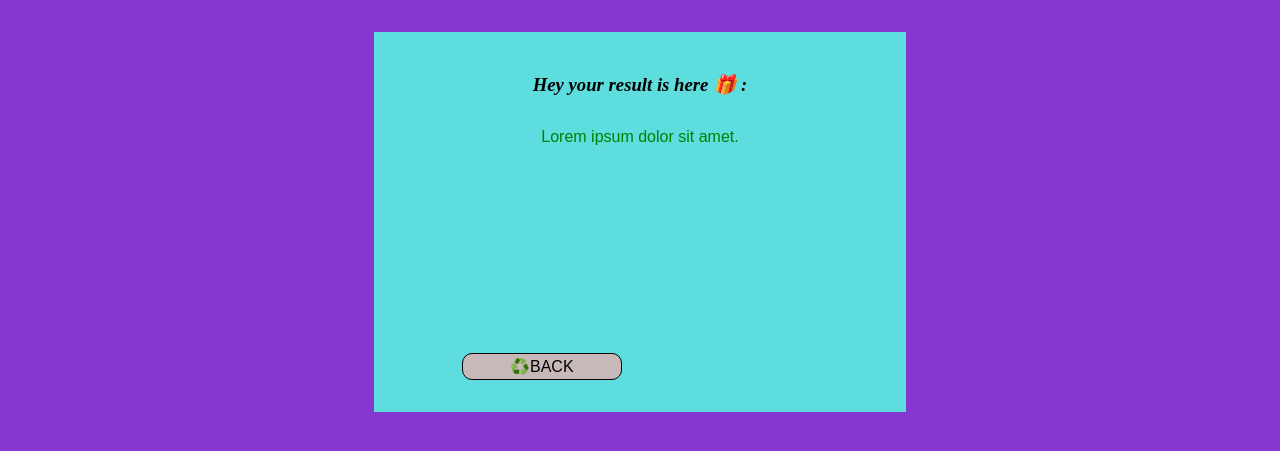
Repository: patelamancode/Lucky-Birthday-App
Page: index.html
The author's editor kept a copy of each file at every save. The page is drawn from the files as they stood at one save, then again after the next save.
The browser window is 1280 px wide. The pictures show the whole page.
Empty fields were first filled with sample values (such as "Sample", 5 or name@example.com).
After loading, the first visible `#check-btn` was clicked once.

Above is the page before, as saved 2022-11-23 15:40:17.
Console error: ReferenceError: value is not defined

After the next save:
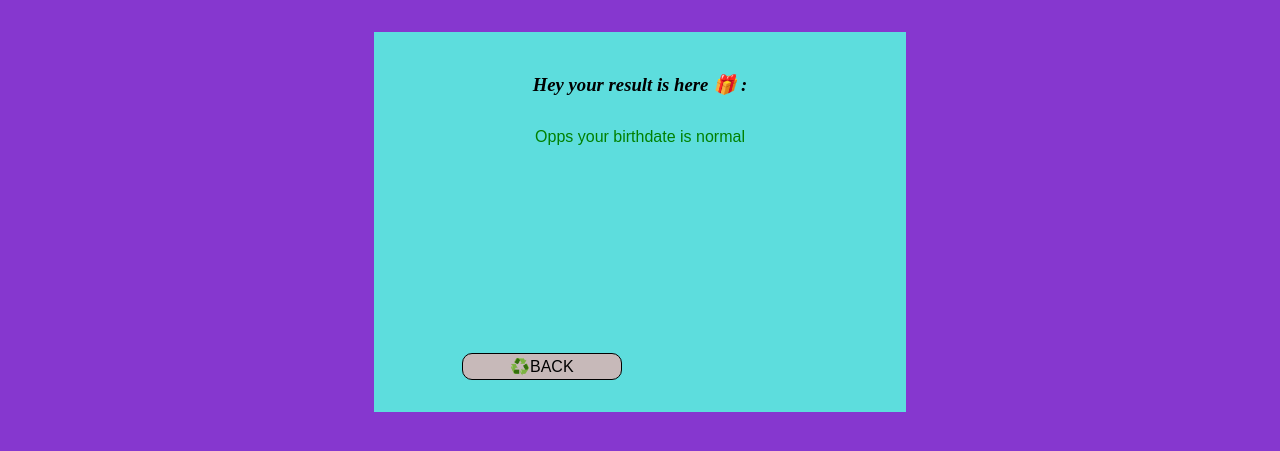
Saved 98 s later.
--- a/index.js
+++ b/index.js
@@ -25,8 +25,8 @@ function specialDateIs() {
     }
     console.log(sum);
     if (sum % luckyNumber.value == 0) {
-        result.style.innerText = "you have a special birthdate";
-    } result.style.innerText = "Opps your birthdate is normal";
+        result.innerText = "you have a special birthdate";
+    } result.innerText = "Opps your birthdate is normal";
 
 };
 
